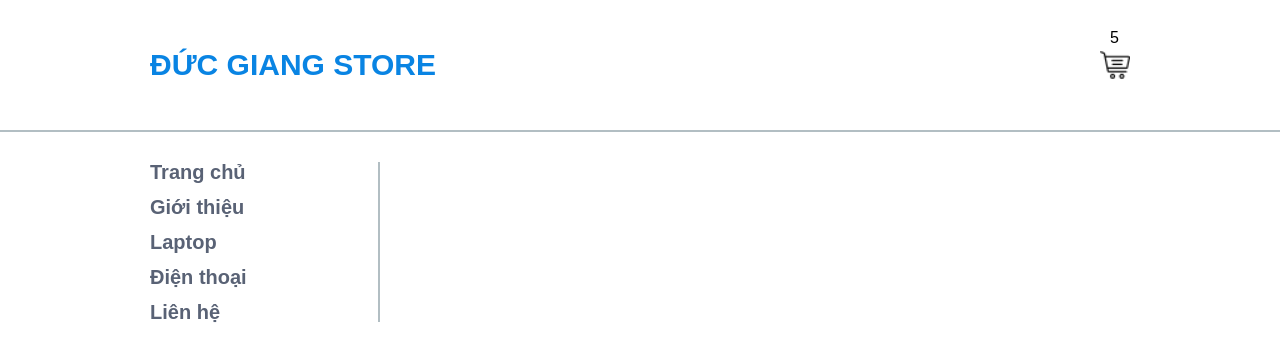
Repository: Giangattt123/PHP
Page: http://localhost/?mod=product&act=main&cat_id=2
These files come from the project's save history. The page is drawn as it stood at one moment and after the next save; the edit follows.
The browser window is 1280 px wide. The pictures show the whole page.
Some web libraries are served in a nearby version. The page is run by PHP 8.4 with error messages shown; the project is at /var/www/html/.

Above is the page before, as saved 2023-03-18 21:39:10.

### PHP_Shopping-Cart/Shopping_Cart/index.php
<?php
    require 'data/page.php';
    require 'data/product.php';
    require 'lib/template.php';
    require 'lib/reuse.php';
    require 'lib/pages.php';
    get_header();
?>
<?php
    $mod = !empty($_GET['mod']) ? $_GET['mod'] : 'home';
    $act = !empty($_GET['act']) ? $_GET['act'] : 'main';
    $path = "modules/{$mod}/{$act}.php";
    if(file_exists($path)){
        require $path;
    }else{

    }
?>
<?php

?>

### PHP_Shopping-Cart/Shopping_Cart/data/page.php
<?php
// Data page
$list_page = array(
    1 => array(
        'id' => 1,
        'page-title' => 'Giới thiệu',
        'create_at' => '08/03/2023' , // timestamp
        'page-content' =>"<p><strong> [Giới thiệu] </strong> Chào mừng đến với trang web bán laptop, PC của ĐỨC GIANG PC! Tại đây, chúng tôi cung cấp cho bạn một loạt các sản phẩm laptop PC chất lượng cao từ các thương hiệu hàng đầu trên thị trường. Chúng tôi cam kết mang đến cho bạn những sản phẩm chất lượng, giá cả hợp lý và dịch vụ chăm sóc khách hàng tốt nhất. Bạn có thể tìm thấy các sản phẩm từ các thương hiệu như Dell, HP, Asus, Lenovo và nhiều hơn nữa. Hãy truy cập trang web của chúng tôi và mua sắm ngay hôm nay để có được chiếc laptop PC tốt nhất cho nhu cầu của bạn. Cảm ơn đã ghé thăm trang web của chúng tôi!</p>"
    ),
    2 => array(
        'id' => 2,
        'page-title' => 'Liên hệ',
        'create_at' => '08/03/2023' , // timestamp
        'page-content' =>"<p><strong> [Liên hệ] </strong> Chúng tôi rất mong nhận được sự phản hồi từ bạn! Nếu bạn có bất kỳ câu hỏi, yêu cầu hoặc góp ý nào, xin vui lòng liên hệ với chúng tôi thông qua trang liên hệ của ĐỨC GIANG PC. Chúng tôi sẵn sàng trợ giúp bạn trong mọi vấn đề liên quan đến sản phẩm. Bạn có thể liên hệ với chúng tôi qua email, điện thoại hoặc mẫu liên hệ trực tuyến. Chúng tôi luôn sẵn sàng lắng nghe và giải quyết mọi thắc mắc của bạn, liên tục cải thiện trang web của mình và cung cấp cho bạn trải nghiệm tốt nhất có thể. Chân thành cảm ơn bạn đã quan tâm đến trang web của ĐỨC GIANG PC và hy vọng sớm nhận được thông tin từ bạn!</p>",
    )
)
?>

### PHP_Shopping-Cart/Shopping_Cart/data/product.php
<?php
#Danh mục
$list_product_cat = array(
    1 => array(
        'id' => 1,
        'cat_title' => "Điện thoại",
    ),
    2 => array(
        'id' => 2,
        'cat_title' => "Laptop",
    ),
);
#Dữ liệu sản phẩm
$list_product = array(
    1 => array(
        'id' => 1,
        'product_title' =>  'iPhone 13 256GB',
        'price' => 19990000,
        'code' => 'UNI#1',
        'product_desc' => 'Apple thỏa mãn sự chờ đón của iFan và người dùng với sự ra mắt của iPhone 13.',
        'product_thumb' => 'https://img.tgdd.vn/imgt/f_webp,fit_outside,quality_100/https://cdn.tgdd.vn/Products/Images/42/250258/iphone-13-starlight-1-600x600.jpg',
        'product_content' => "<p>Bộ vi xử lý Apple A15 mới gia tăng tốc độ CPU tới 50% và GPU đồ họa nhanh hơn 30% so với các đối thủ cạnh tranh trong cùng phân khúc, giúp iPhone 13 thể hiện sức mạnh khả năng xử lý ấn tượng hơn, mượt mà trên mọi tác vụ.</p><p><img src='https://cdn.tgdd.vn/Products/Images/42/250258/iphone-13-256gb-2.jpg'></p>",
        'cat_id' => 1,
    ),
    2 => array(
        'id' => 2,
        'product_title' =>  'iPhone 14 256GB',
        'price' => 22990000,
        'code' => 'UNI#2',
        'product_desc' => 'Mới đây thì tại sự kiện ra mắt sản phẩm mới thường niên đến từ nhà Apple thì chiếc điện thoại iPhone 14 256GB cũng đã chính thức lộ diện',
        'product_thumb' => 'https://img.tgdd.vn/imgt/f_webp,fit_outside,quality_100/https://cdn.tgdd.vn/Products/Images/42/289663/iPhone-14-plus-thumb-den-600x600.jpg',
        'product_content' => "<p>Được hoàn thiện với những vật liệu cao cấp khi mặt lưng làm từ kính cùng bộ khung nhôm chắc chắn, điều này làm cho chiếc máy của bạn trở nên sang trọng và đẳng cấp hơn.</p><p><img src='https://cdn.tgdd.vn/Products/Images/42/289663/iphone-14-256gb-080922-035413.jpg'></p>",
        'cat_id' => 1,
    ),
    3 => array(
        'id' => 3,
        'product_title' =>  'OPPO A57 128GB' ,
        'price' => 4590000,
        'code' => 'UNI#3',
        'product_desc' => 'OPPO đã bổ sung thêm vào dòng sản phẩm OPPO A giá rẻ một thiết bị mới có tên OPPO A57 128GB.',
        'product_thumb' => 'https://img.tgdd.vn/imgt/f_webp,fit_outside,quality_100/https://cdn.tgdd.vn/Products/Images/42/285082/oppo-a57-den-thumb-600x600.jpeg',
        'product_content' => "<p>Khác với mẫu A57 5G đã được ra mắt trước đó, điện thoại dòng A mới có màn hình HD+, camera chính 13 MP và pin 5000 mAh.</p><p><img src='https://cdn.tgdd.vn/Products/Images/42/282090/oppo-a57-4g-2_1280x720.jpg'></p>",
        'cat_id' => 1,
    ),
    4 => array(
        'id' => 4,
        'product_title' =>  'MacBook Pro 13',
        'price' => 30490000,
        'code' => 'UNI#4',
        'product_desc' => 'Đặc điểm nổi bật của MacBook Pro 13" 2020 Touch Bar M1 512GB',
        'product_thumb' => 'https://images.fpt.shop/unsafe/fit-in/214x214/filters:quality(90):fill(white)/fptshop.com.vn/Uploads/Originals/2022/6/7/637901935364438149_macbook-pro-m2-2022-xam-dd.jpg',
        'product_content' => "<p> MacBook Pro M1 13 inch 2020 Touch Bar mới với bộ vi xử lý Apple M1 cho bạn hiệu suất và thời lượng pin tuyệt vời nhất từ trước đến nay, mang đến hiệu năng chuyên nghiệp để hoàn thành những công việc chuyên nghiệp.</p><p><img src='https://images.fpt.shop/unsafe/filters:quality(90)/fptshop.com.vn/Uploads/images/2015/Tin-Tuc/QuanLNH2/macbook-pro-13-m1-1.jpg'></p>",
        'cat_id' => 2,
    ),
    5 => array(
        'id' => 5,
        'product_title' =>  'MacBook Pro 14',
        'price' => 52490000,
        'code' => 'UNI#5',
        'product_desc' => 'Đặc điểm nổi bật của MacBook Pro 14 2023 M2 Pro 10CPU 16GPU 16GB/512GB',
        'product_thumb' => 'https://images.fpt.shop/unsafe/fit-in/240x215/filters:quality(90):fill(white)/fptshop.com.vn/Uploads/Originals/2023/1/18/638096308244034700_macbook-pro-14-2023-m2-pro-10cpu-16gpu-bac-dd.jpg',
        'product_content' => "<p>Phiên bản chuyên nghiệp dành cho những người chuyên nghiệp, MacBook Pro 2023 14 inch với chip M2 Pro đem lại nguồn sức mạnh ấn tượng và vượt xa thế hệ cũ.</p><p><img src='https://fptshop.com.vn/Uploads/images/2015/Tin-Tuc/DuyLe/Android/Gionee/Macbook-pro-14-2023-m2-pro-3.jpg'></p>",
        'cat_id' => 2,
    ),
    6 => array(
        'id' => 6,
        'product_title' =>  'MacBook Pro 15',
        'price' => 65490000,
        'code' => 'UNI#6',
        'product_desc' => 'Đặc điểm nổi bật của MacBook Pro 16" 2021 M1 Pro Ram 32GB',
        'product_thumb' => 'https://images.fpt.shop/unsafe/fit-in/240x215/filters:quality(90):fill(white)/fptshop.com.vn/Uploads/Originals/2021/10/20/637703174146015116_macbook-pro-16-2021-xam-dd.jpg',
        'product_content' => "<p>MacBook Pro 16 inch 2021 chính là dòng máy tính xách tay mạnh nhất thế giới hiện nay với sức mạnh tối thượng từ bộ vi xử lý M1 Pro.</p><p><img src='https://fptshop.com.vn/Uploads/images/2015/Tin-Tuc/QuanLNH2/macbook-pro-16-real-life-2.jpg'></p>",
        'cat_id' => 2,
    ),
);

### PHP_Shopping-Cart/Shopping_Cart/lib/template.php
<?php
function get_header($version = ''){
    if(!empty($version)){
        $path_header = "inc/header-{$version}.php";
    }else{
        $path_header = "inc/header.php";
    }
    if(file_exists($path_header)){
        require $path_header;
    }else{
        echo "Không tồn tại đường dẫn {$path_header}";
    }
}
function get_footer($version = ''){
    if(!empty($version)){
        $path_footer = "inc/footer-{$version}.php";
    }else{
        $path_footer = "inc/footer.php";
    }
    if(file_exists($path_footer)){
        require $path_footer;
    }else{
        echo "Không tồn tại đường dẫn {$path_footer}";
    }

}
function get_sidebar(){
    require 'inc/sidebar.php';
}
?>

### PHP_Shopping-Cart/Shopping_Cart/lib/reuse.php
<?php
     function show_array($data){
        if(is_array($data)){
            echo "<pre>";
            print_r($data);
            echo "</pre>";
        }
    }
?>

### PHP_Shopping-Cart/Shopping_Cart/lib/pages.php
<?php
    function get_page_by_id($id){
        global $list_page;
        if(array_key_exists($id , $list_page)){
            return $list_page[$id];
        }
        return false;
    }

    // function show_array($data){
    //     if(is_array($data)){
    //         echo "<pre>";
    //         print_r($data);
    //         echo "</pre>";
    //     }
    //}
?>

### PHP_Shopping-Cart/Shopping_Cart/inc/header.php
<!DOCTYPE html>
<html lang="en">

<head>
    <meta charset="UTF-8">
    <meta http-equiv="X-UA-Compatible" content="IE=edge">
    <meta name="viewport" content="width=device-width, initial-scale=1.0">
    <title>ĐỨC GIANG STORE</title>
    <link rel="stylesheet" href="public/css/reset.css">
    <link rel="stylesheet" href="public/css/style.css">
    <link rel="stylesheet" href="https://cdnjs.cloudflare.com/ajax/libs/font-awesome/6.3.0/css/all.min.css"
        integrity="sha512-SzlrxWUlpfuzQ+pcUCosxcglQRNAq/DZjVsC0lE40xsADsfeQoEypE+enwcOiGjk/bSuGGKHEyjSoQ1zVisanQ=="
        crossorigin="anonymous" referrerpolicy="no-referrer" />
    <script src="public/js/main.js"></script>
</head>

<body>
    <div class="wrapper">
        <div class="wrapper-content">
            <div class="header">
                <div class="header-content">
                    <div class="item-left">
                        <a href="?page=home" class="logo">ĐỨC GIANG STORE</a>
                    </div>
                    <div class="item-right">
                        <div class="cart">
                            <a href="" class="cart-icon">
                                <img src="public/images/icon-cart.png" alt="Icon_Cart" class="icon-image">
                            </a>
                            <span class="cart-number">5</span>
                        </div>
                    </div>
                </div>
            </div>
            <!-- end header -->

### PHP_Shopping-Cart/Shopping_Cart/modules/product/main.php
<!-- // File main => Chứa giao diện mua hàng, sản phẩm hiện có -->
<?php
    get_sidebar();
?>

### PHP_Shopping-Cart/Shopping_Cart/inc/sidebar.php
<div class="menu-select">
    <ul class="menu">
        <li class="menu-item">
            <a href="" class="cards" onclick="toggleActive(this)">Trang chủ</a>
        </li>
        <li class="menu-item">
            <a href="?mod=page&act=detail&id=1" class="cards" onclick="toggleActive(this)">Giới thiệu</a>
        </li>
        <li class="menu-item">
            <a href="?mod=product&act=main&cat_id=1" class="cards" onclick="toggleActive(this)">Laptop</a>
        </li>
        <li class="menu-item">
            <a href="?mod=product&act=main&cat_id=2" class="cards" onclick="toggleActive(this)">Điện thoại</a>
        </li>
        <li class="menu-item">
            <a href="?mod=page&act=detail&id=2" class="cards" onclick="toggleActive(this)">Liên hệ</a>
        </li>
    </ul>
</div>

### PHP_Shopping-Cart/Shopping_Cart/public/css/style.css
* {
  box-sizing: border-box;
}
html {
  font-size: 62.5%;
}
body {
  font-family: "Poppins", sans-serif;
  font-size: 1.6rem;
  font-weight: normal;
}
img {
  display: block;
  max-width: 100%;
}
.header-content {
  display: flex;
  justify-content: space-between;
  margin-left: 150px;
  margin-right: 150px;
  padding: 50px 0px;
  /* border-bottom: 1px solid #f00; */
}
.item-left .logo {
  font-size: 3rem;
  color: #0984e3;
  font-weight: bold;
}
.cart {
  position: relative;
  display: flex;
  align-items: center;
}
.cart .cart-icon .icon-image {
  width: 30px;
  height: 30px;
}
.cart .cart-number {
  position: absolute;
  top: -20px;
  left: 10px;
}
.header {
  border-bottom: 2px solid #b2bec3;
}
.content-container {
  display: flex;
}
.menu-select {
  width: 18%;
  margin-left: 150px;
  font-size: 2rem;
  /* margin-top: 30px; */
  border-right: 2px solid #b2bec3;
  min-height: 100%;
}
.menu-content {
  width: 80%;
  margin-top: 30px;
  margin-left: 30px;
  margin-right: 150px;
}
.menu-select ul.menu li:not(:first-child) {
  margin-top: 15px;
  color: #0984e3;
}
.menu {
  margin-top: 30px;
}
a {
  color: #596275;
  font-weight: bold;
}
a.active:active,
a.active:focus {
  color: plum;
}
h3.section-title {
  font-size: 2rem;
  font-weight: bold;
  margin-bottom: 20px;
}
p.create-date {
  margin-bottom: 20px;
}
.contents-news {
  line-height: 1.4;
}

### PHP_Shopping-Cart/Shopping_Cart/public/js/main.js
function toggleActive(selected) {
  let cards = document.querySelectorAll(".cards");
  for (let i = 0; i < cards.length; i++) {
    cards[i].classList.remove("active");
  }
  selected.classList.add("active");
}

Loaded but not shown: PHP_Shopping-Cart/Shopping_Cart/public/css/reset.css (common file)

After the next save:
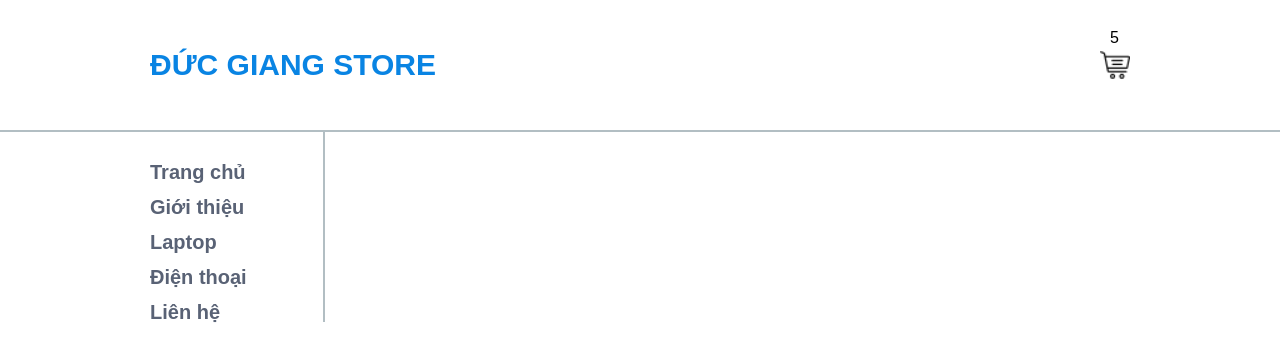
Saved 3 min 20 s later.
--- a/PHP_Shopping-Cart/Shopping_Cart/modules/product/main.php
+++ b/PHP_Shopping-Cart/Shopping_Cart/modules/product/main.php
@@ -1,4 +1,12 @@
 <!-- // File main => Chứa giao diện mua hàng, sản phẩm hiện có -->
 <?php
-    get_sidebar();
+
 ?>
+<div class="content">
+    <div class="content-container">
+        <?php get_sidebar(); ?>
+        <div class="menu-content">
+
+        </div>
+    </div>
+</div>
